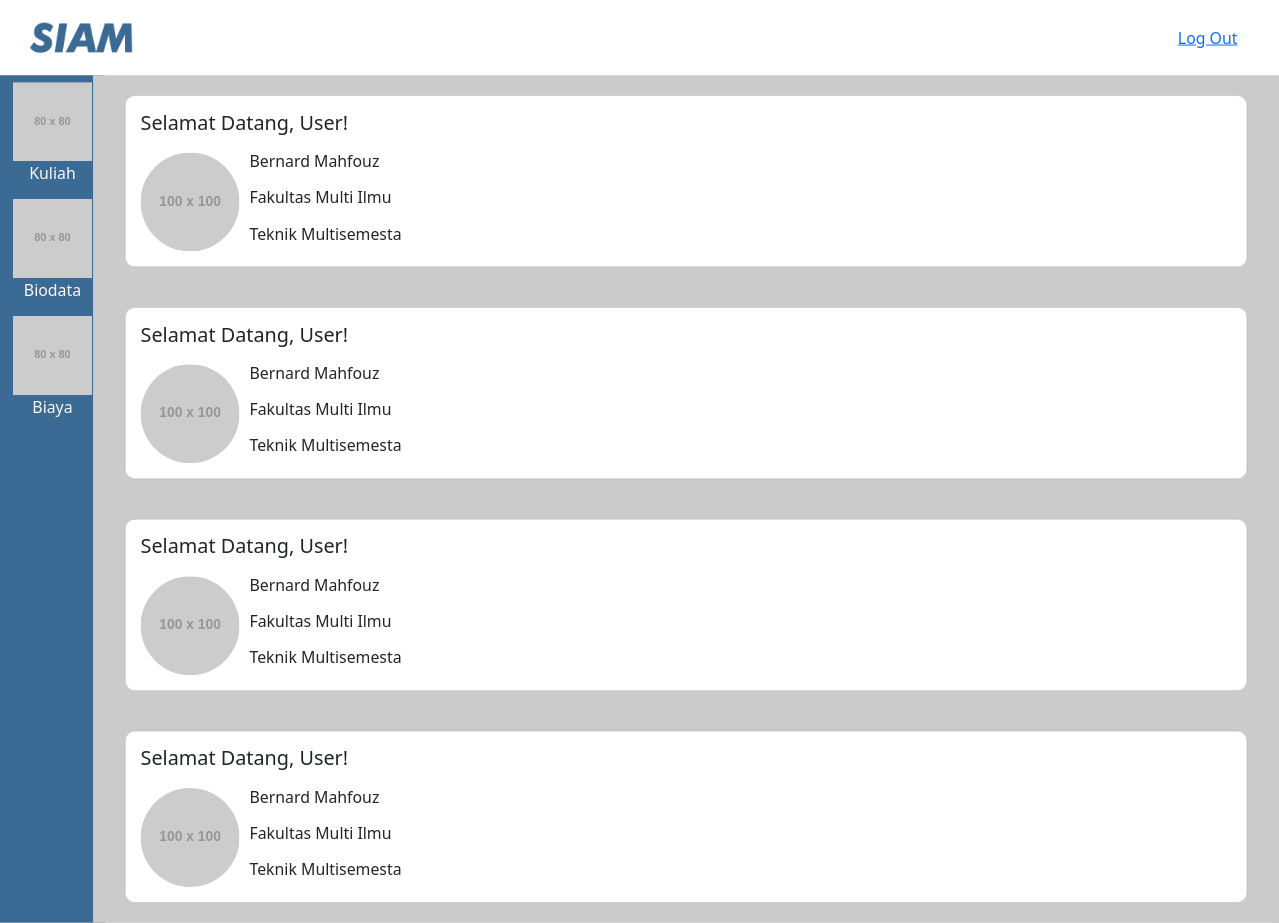
Repository: haikalirf/Project-IMK
Page: kuliah.html
These files come from the project's save history. The page is drawn as it stood at one moment and after the next save; the edit follows.
The browser window is 1280 px wide. The page is 1292 px wide, then 1280 px, then 1292 px, so the pictures cover 1292 px, including what lies to the right of the window. The pictures show the whole page, at 99% of full size.

Above is the page before, as saved 2022-12-10 13:34:35.

After the next save:
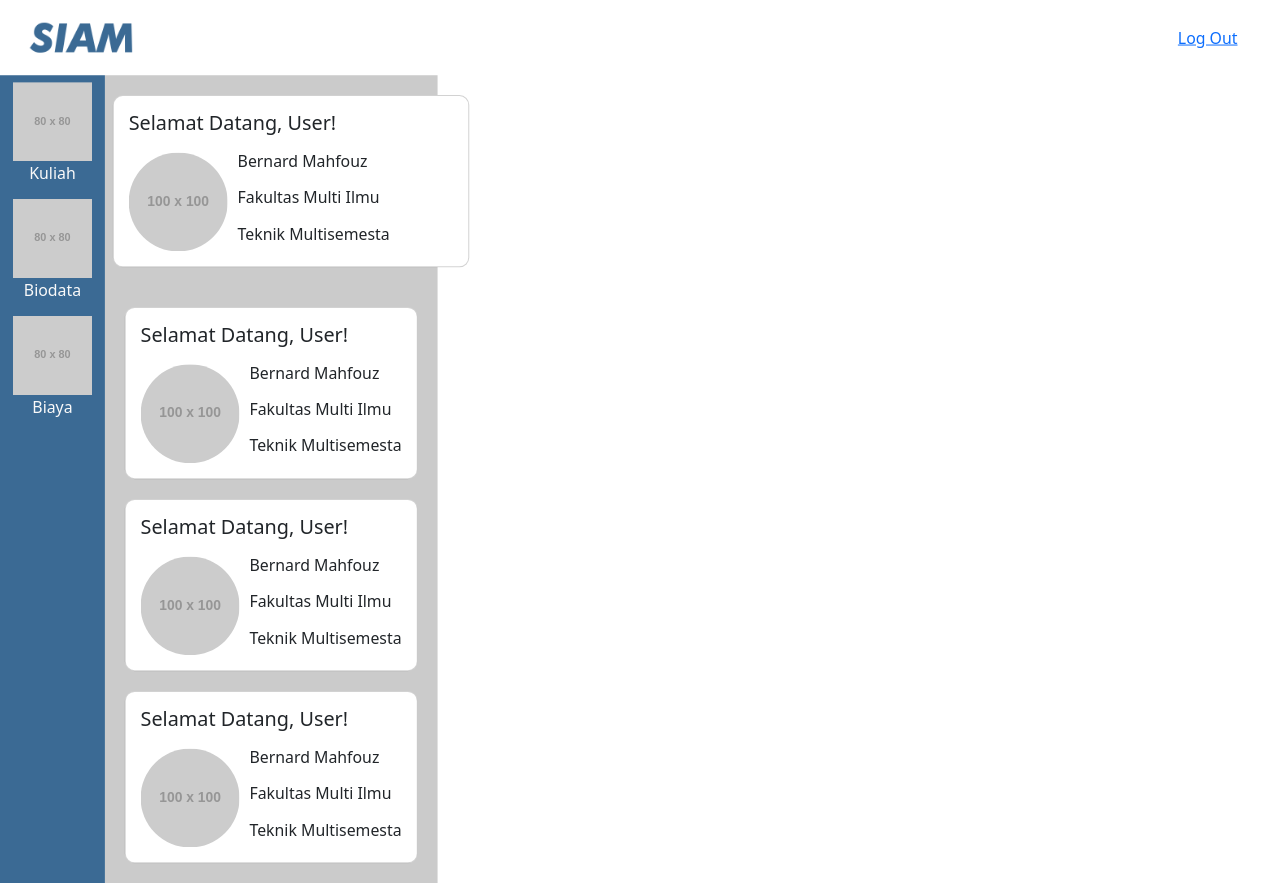
Saved 19 s later.
--- a/kuliah.html
+++ b/kuliah.html
@@ -34,8 +34,8 @@
 				<label for="sidebar-biaya">Biaya</label>
 			</a>
 		</div>
-		<main class="row">
-			<div class="column">
+		<main class="column">
+			<div class="row">
 				<div class="card" id="card-user">
 					<h5 class="card-title">Selamat Datang, User!</h5>
 					<div class="card-body">

After the save that followed:
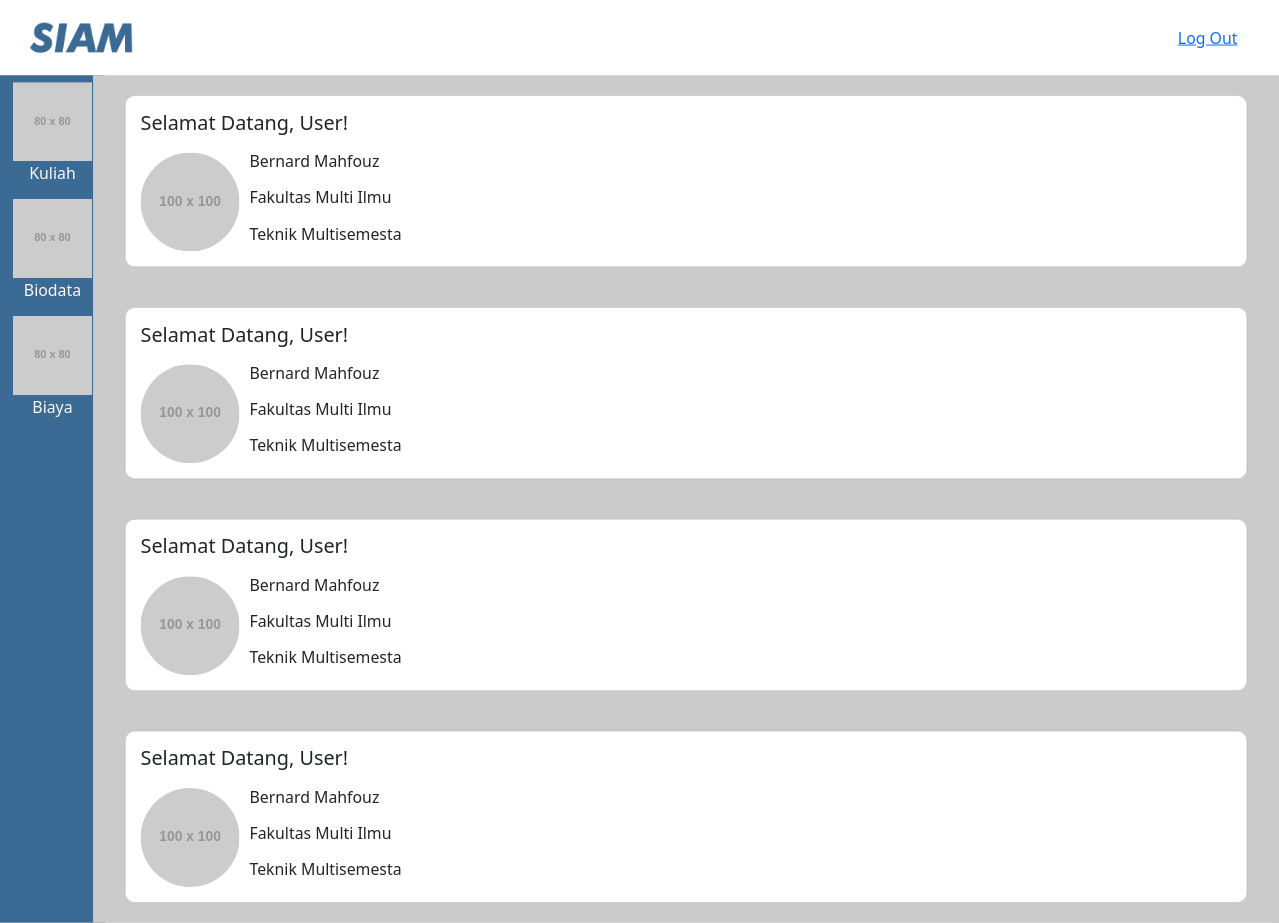
Saved 10 s later.
--- a/kuliah.html
+++ b/kuliah.html
@@ -34,8 +34,8 @@
 				<label for="sidebar-biaya">Biaya</label>
 			</a>
 		</div>
-		<main class="column">
-			<div class="row">
+		<main class="row in">
+			<div class="column">
 				<div class="card" id="card-user">
 					<h5 class="card-title">Selamat Datang, User!</h5>
 					<div class="card-body">
